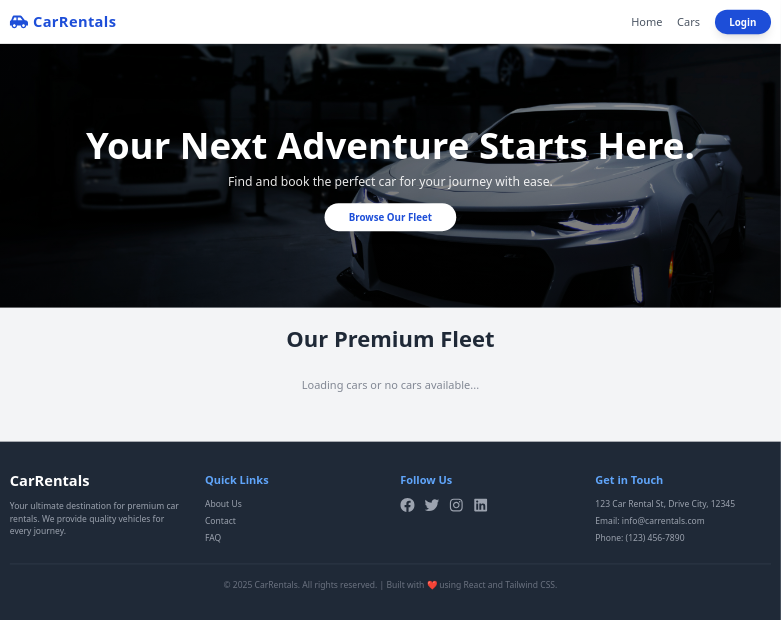
Repository: Daehy-peels/car-rental-app
Page: / (app in client/)
An editor plug-in stored every save of this project. The page is shown before and after the next save, followed by the edit.
The browser window is 1280 px wide. The pictures show the whole page, at 61% of full size.
Pictures or frames that could not be fetched are drawn as grey boxes. The page's requests for data from a server got no answer. The project was rebuilt for these pictures with package versions that can differ from the ones it lists, and the page was loaded fresh each time. No one was signed in, and anything a server would have sent is missing. Also part of the build but not shown: client/vite.config.js, client/src/components/CarDetail.jsx.

Above is the page before, as saved 2025-08-21 18:19:58.

After the next save:
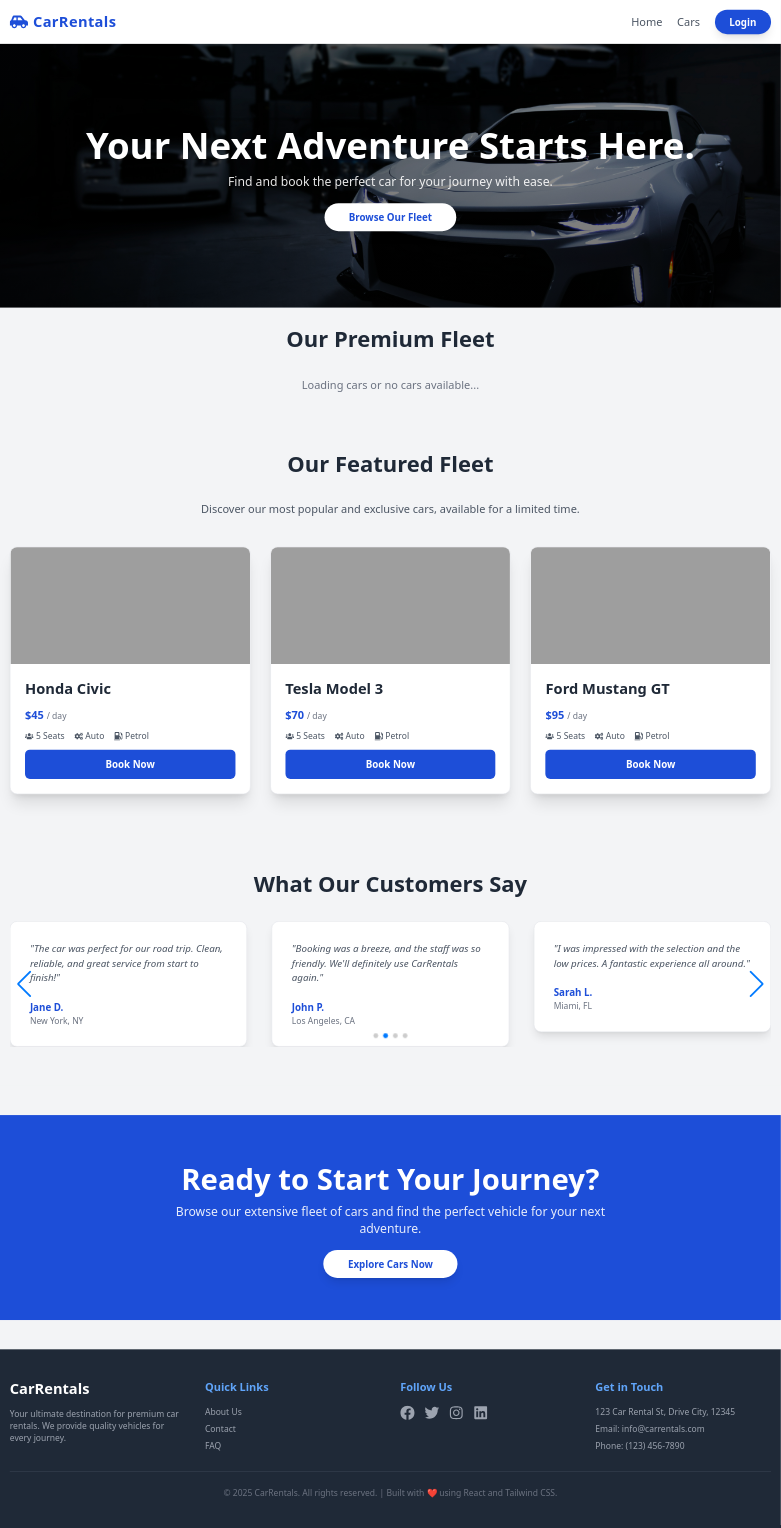
Saved 7 s later.
--- a/client/src/App.jsx
+++ b/client/src/App.jsx
@@ -2,8 +2,9 @@
 import React, { useState, useEffect } from "react";
 import Navbar from "./components/Navbar";
 import Hero from "./components/Hero";
-import CarCard from "./components/CarCard";
-import CarDetail from "./components/CarDetail";
+import FeaturedCars from "./components/FeaturedCars"; // Import the new component
+import Testimonials from "./components/Testimonials"; // Import the new component
+import CallToAction from "./components/CallToAction"; // Import the new component
 import Footer from "./components/Footer";
 import "./index.css";
 import { fetchCars } from "./services/api";
@@ -55,6 +56,11 @@ function App() {
           )}
         </main>
       </div>
+
+      <FeaturedCars />
+      <Testimonials />
+      <CallToAction />
+
       <Footer />
 
       {/* Conditionally render the CarDetail component */}
